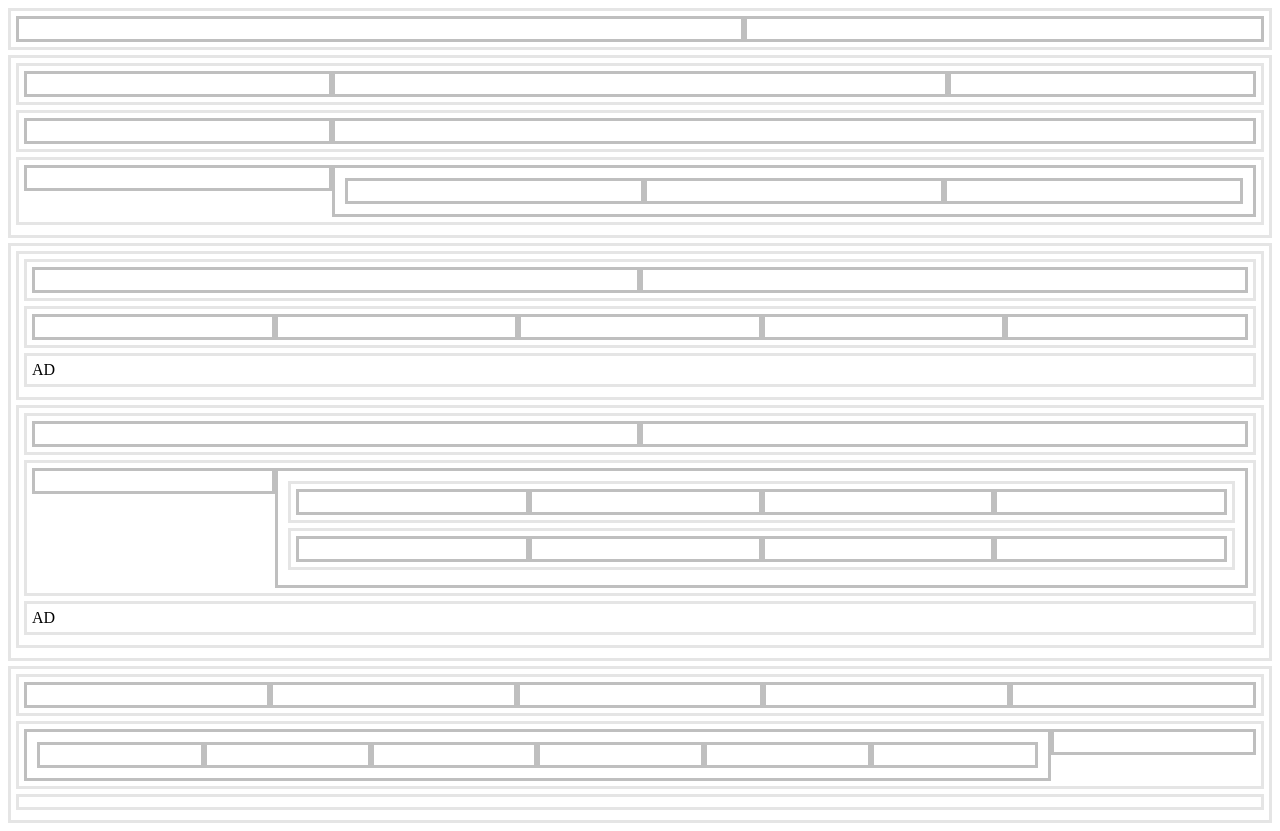
Repository: 0xbul1/biao-class-3
Page: practice/012-float-grid/index5.html
The author's editor kept a copy of each file at every save. The page is drawn from the files as they stood at one save, then again after the next save.
The browser window is 1280 px wide. The pictures show the whole page.

Above is the page before, as saved 2018-10-03 19:02:46.

### practice/012-float-grid/index5.html
<style>
     * {
        box-sizing: border-box;
    }
    .row {
        border: solid rgba(0, 0, 0, .1);
        padding: 5px;
        margin-bottom: 5px;
    }
    .row::before,
    .row::after {
        content: '';
        display: block;
        clear: both;
    }
    .col-1 {
        width: 8.333333333333333%;
    }
    .col-2 {
        width: 16.666666666666666%;
    }
    .col-2-5 {
        width: 20%
    }
    .col-3 {
        width: 25%;
    }
    .col-4 {
        width: 33.333333333333333%;
    }
    .col-5 {
        width: 41.666666666666666%;
    }
    .col-6 {
        width: 50%;
    }
    .col-7 {
        width: 58.333333333333333%;
    }
    .col-8 {
        width: 66.666666666666666%;
    }
    .col-9 {
        width: 75%;
    }
    .col-9-5 {
        width: 80%;
    }
    .col-10 {
        width: 83.333333333333333%;
    }
    .col-11 {
        width: 91.666666666666666%;
    }
    .col-12 {
        width: 100%;
    }
    .col-9-5,
    .col-1,
    .col-2,
    .col-2-5,
    .col-3,
    .col-4,
    .col-5,
    .col-6,
    .col-7,
    .col-8,
    .col-9,
    .col-10,
    .col-11,
    .col-12,
    .col {
        float: left;
        /* ========== */
        border: solid rgba(0, 0, 0, .25);
        padding: 10px;
    }
    .container {
        max-width: 800px;
        margin: 0 auto;
    }
</style>
<div class="row nav-global">
    <div class="col-7"></div>
    <div class="col-5"></div>
</div>
<div class="row header">
    <div class="row nav-page">
        <div class="col-3"></div>
        <div class="col-6"></div>
        <div class="col-3"></div>
    </div>
    <div class="row carousel">
        <div class="col-3"></div>
        <div class="col-9"></div>
    </div>
    <div class="row shortcut">
        <div class="col-3"></div>
        <div class="col-9">
            <div class="col-4"></div>
            <div class="col-4"></div>
            <div class="col-4"></div>
        </div>
    </div>
</div>
<div class="row main">
    <div class="row mi-buy">
        <div class="row top">
            <div class="col-6"></div>
            <div class="col-6"></div>
        </div>
        <div class="row mid">
            <div class="col-2-5"></div>
            <div class="col-2-5"></div>
            <div class="col-2-5"></div>
            <div class="col-2-5"></div>
            <div class="col-2-5"></div>
        </div>
        <div class="row bot">AD</div>
    </div>
    <div class="row phone">
        <div class="row top">
            <div class="col-6"></div>
            <div class="col-6"></div>
        </div>
        <div class="row mid">
            <div class="col-2-5"></div>
            <div class="col-9-5">
                <div class="row">
                    <div class="col-3"></div>
                    <div class="col-3"></div>
                    <div class="col-3"></div>
                    <div class="col-3"></div>
                </div>
                <div class="row">
                    <div class="col-3"></div>
                    <div class="col-3"></div>
                    <div class="col-3"></div>
                    <div class="col-3"></div>
                </div>
            </div>
        </div>
        <div class="row bot">AD</div>
    </div>
</div>
<div class="row footer">
    <div class="row">
        <div class="col-2-5"></div>
        <div class="col-2-5"></div>
        <div class="col-2-5"></div>
        <div class="col-2-5"></div>
        <div class="col-2-5"></div>
    </div>
    <div class="row">
    <div class="col-10">
        <div class="col-2"></div>
        <div class="col-2"></div>
        <div class="col-2"></div>
        <div class="col-2"></div>
        <div class="col-2"></div>
        <div class="col-2"></div>
    </div>
    <div class="col-2"></div>
    </div>
    <div class="row"></div>
</div>

After the next save:
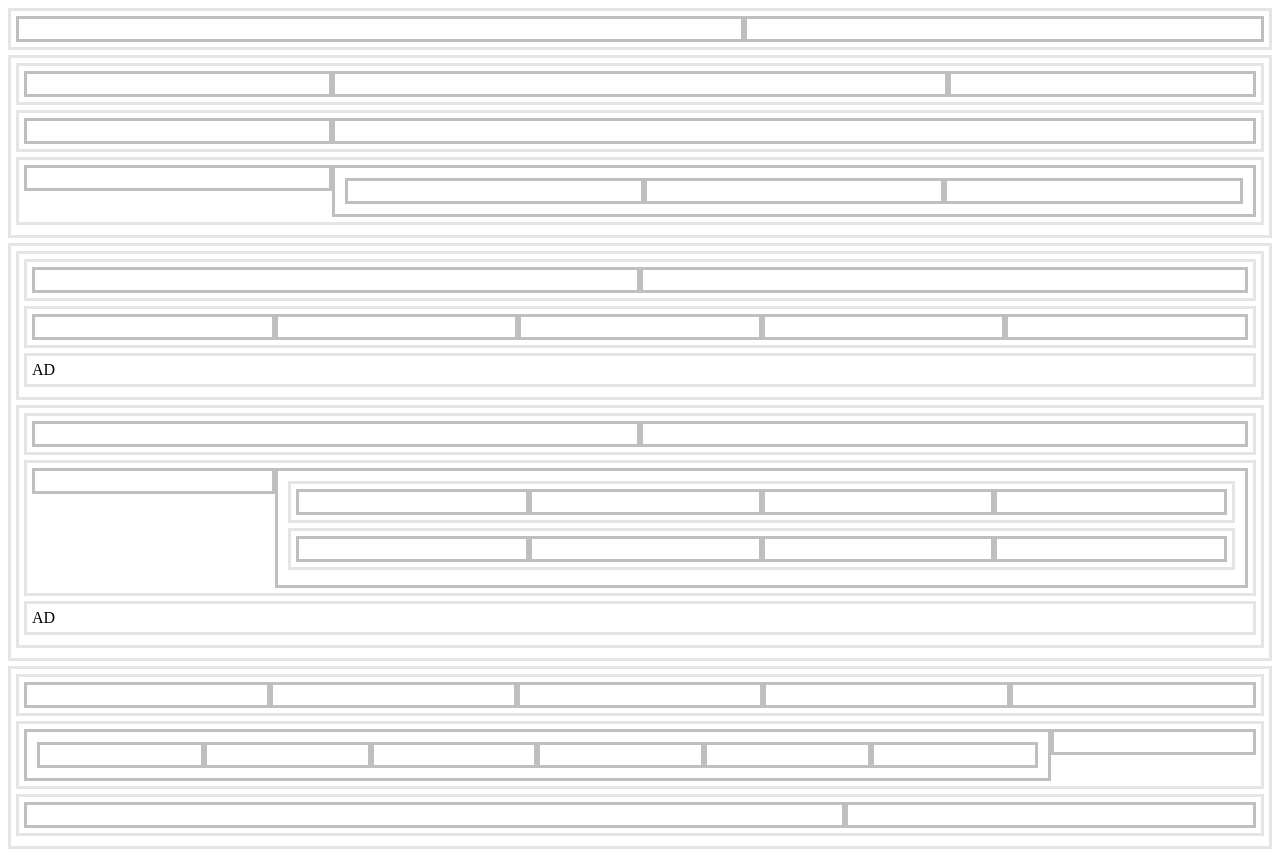
Saved 16 s later.
--- a/practice/012-float-grid/index5.html
+++ b/practice/012-float-grid/index5.html
@@ -162,5 +162,8 @@
     </div>
     <div class="col-2"></div>
     </div>
-    <div class="row"></div>
+    <div class="row">
+        <div class="col-8"></div>
+        <div class="col-4"></div>
+    </div>
 </div>
